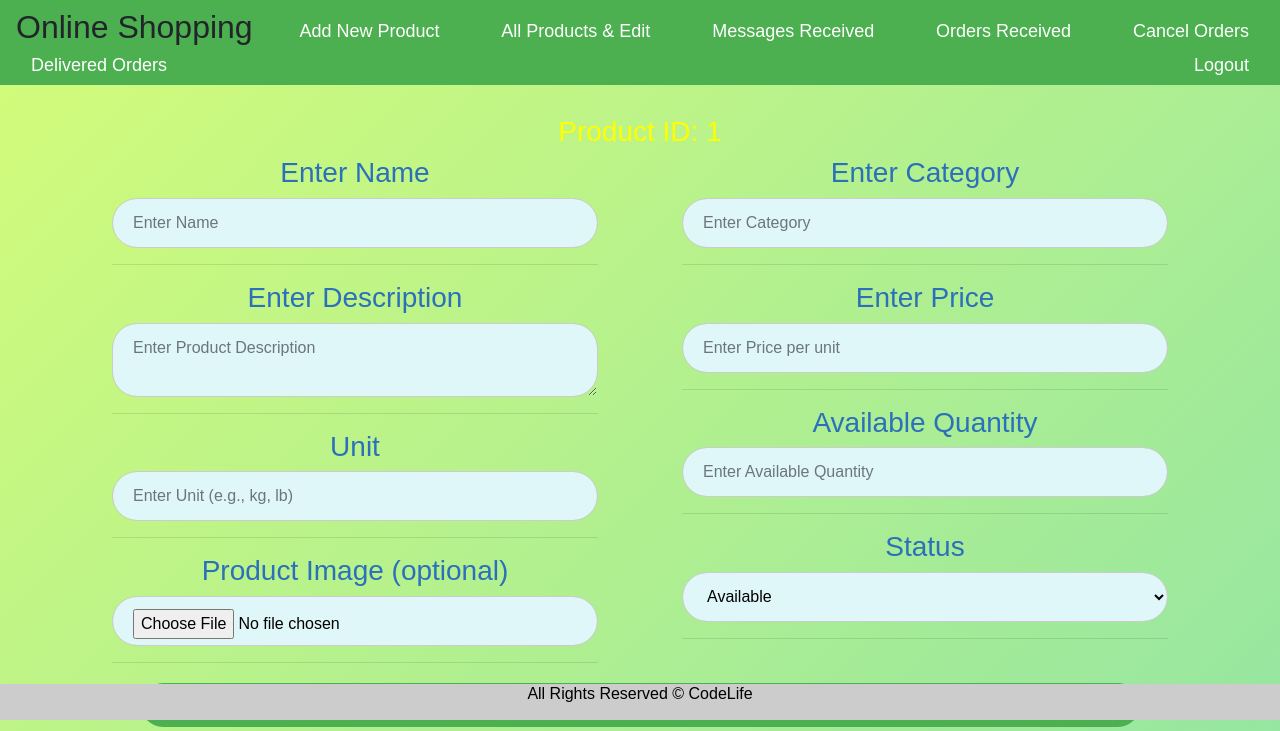
Repository: Dineshbabu290904/DigiMart
Page: http://localhost/DigiMart/admin/addNewProduct.jsp
These files come from the project's save history. The page is drawn as it stood at one moment and after the next save; the edit follows.
The browser window is 1280 px wide. The pictures show the whole page.
Some web libraries are served in a nearby version. The page is served by Tomcat 9. Other server files are loaded and not shown. Queries for data that is not in the repository find no rows.

Above is the page before, as saved 2024-10-16 16:05:03.

### DigiMart/src/main/webapp/admin/addNewProduct.jsp
<%@ page import="com.digimart.project.ConnectionProvider" %>
<%@ page import="java.sql.*" %>
<%@ include file="adminHeader.jsp" %>
<%@ include file="../footer.jsp" %>

<html lang="en">
<head>
    <meta charset="UTF-8">
    <meta name="viewport" content="width=device-width, initial-scale=1.0">
    <link rel="stylesheet" href="https://stackpath.bootstrapcdn.com/bootstrap/4.5.2/css/bootstrap.min.css">
    <link rel="stylesheet" href="../css/addNewProduct-style.css">
    <title>Add New Product</title>
    <style>
        body {
            background: linear-gradient(135deg, #d4fc79 0%, #96e6a1 100%); /* Light green gradient */
        }
        .container {
            margin-top: 30px;
        }
        .alert {
            text-align: center;
        }
        .input-style {
            border-radius: 25px;
            height: 50px;
            background-color: #e0f7fa; /* Light cyan background for inputs */
            border: 1px solid #ccc;
        }
        .button {
            border-radius: 25px;
            background-color: #4caf50; /* Green background */
            color: white;
            padding: 12px 25px;
            border: none;
            transition: background 0.3s;
        }
        .button:hover {
            background-color: #45a049; /* Darker green on hover */
        }
        h3 {
            color: #2c6fbb; /* Cool blue for headings */
        }
    </style>
</head>
<body>

<%
    int id = 1; // Default product ID
    String msg = request.getParameter("msg"); // Get message parameter from the request
    try {
        Connection con = ConnectionProvider.getCon();
        Statement S = con.createStatement();
        ResultSet R = S.executeQuery("SELECT MAX(product_id) FROM Products");
        if (R.next()) {
            id = R.getInt(1) + 1; // Get the next product ID
        }
    } catch (Exception e) {
        e.printStackTrace();
        System.out.println("Error: " + e.getMessage());
    }
%>

<div class="container">
    <% if (msg != null) { %>
        <h3 class="alert" style="color: <%=(msg.equals("done") ? "green" : "red")%>;">
            <% if (msg.equals("done")) { %>
                Product Added Successfully!
            <% } else { %>
                Something went wrong! Try Again!
            <% } %>
        </h3>
    <% } %>

    <h3 style="color: yellow;">Product ID: <% out.println(id); %></h3>

    <form action="AddProductServlet" method="post" enctype="multipart/form-data">
        <input type="hidden" name="id" value="<%= id %>">

        <div class="row">
            <div class="col-md-6">
                <h3>Enter Name</h3>
                <input class="input-style form-control" type="text" name="P_name" placeholder="Enter Name" required maxlength="100">
                <hr>

                <h3>Enter Description</h3>
                <textarea class="input-style form-control" name="description" placeholder="Enter Product Description" required maxlength="500"></textarea>
                <hr>

                <h3>Unit</h3>
                <input class="input-style form-control" type="text" name="unit" placeholder="Enter Unit (e.g., kg, lb)" required maxlength="20">
                <hr>

                <h3>Product Image (optional)</h3>
                <input class="input-style form-control" type="file" name="productImage" accept="image/*">
                <hr>
            </div>

            <div class="col-md-6">
                <h3>Enter Category</h3>
                <input class="input-style form-control" type="text" name="category" placeholder="Enter Category" required maxlength="100">
                <hr>

                <h3>Enter Price</h3>
                <input class="input-style form-control" type="number" step="0.01" name="price" placeholder="Enter Price per unit" required min="0">
                <hr>

                <h3>Available Quantity</h3>
                <input class="input-style form-control" type="number" name="available_qty" placeholder="Enter Available Quantity" required min="0">
                <hr>

                <h3>Status</h3>
                <select name="status" class="input-style form-control">
                    <option value="Available">Available</option>
                    <option value="Out of Stock">Out of Stock</option>
                </select>
                <hr>
            </div>
        </div>

        <button type="submit" class="button">Save <i class='far fa-arrow-alt-circle-right'></i></button>
    </form>
</div>

<!-- Bootstrap JS and dependencies -->
<script src="https://code.jquery.com/jquery-3.5.1.slim.min.js"></script>
<script src="https://cdn.jsdelivr.net/npm/@popperjs/core@2.5.3/dist/umd/popper.min.js"></script>
<script src="https://stackpath.bootstrapcdn.com/bootstrap/4.5.2/js/bootstrap.min.js"></script>

</body>
</html>

### DigiMart/src/main/webapp/admin/adminHeader.jsp
<%@page errorPage="../error.jsp" %>
<!DOCTYPE html>
<html lang="en">
<head>
    <meta charset="UTF-8">
    <meta name="viewport" content="width=device-width, initial-scale=1.0">
    <link rel="stylesheet" href="../css/home-style.css">
    <link rel="stylesheet" href="https://cdnjs.cloudflare.com/ajax/libs/font-awesome/4.7.0/css/font-awesome.min.css">
    <link rel="stylesheet" href="https://stackpath.bootstrapcdn.com/bootstrap/4.5.2/css/bootstrap.min.css">
    <script src='https://kit.fontawesome.com/a076d05399.js'></script>
    <style>
        body {
            background: linear-gradient(135deg, #d4fc79 0%, #96e6a1 100%); /* Light green gradient */
        }
        .navbar {
            background-color: #4caf50; /* Green background for navbar */
            padding: 10px; /* Padding around navbar */
        }
        .navbar a {
            color: white; /* White text for links */
            margin: 0 15px; /* Spacing between links */
            text-decoration: none; /* Remove underline */
            font-size: 18px; /* Larger font size */
        }
        .navbar a:hover {
            text-decoration: underline; /* Underline on hover */
        }
        h1 {
            color: #2c6fbb; /* Cool blue for headings */
            text-shadow: 2px 2px 4px rgba(0, 0, 0, 0.5); /* Subtle shadow for depth */
        }
    </style>
</head>
<body>
    <nav class="navbar">
        <h2>Online Shopping</h2>
        <a href="addNewProduct.jsp">Add New Product</a>
        <a href="allProductEditProduct.jsp">All Products & Edit</a>
        <a href="#">Messages Received</a>
        <a href="#">Orders Received</a>
        <a href="#">Cancel Orders</a>
        <a href="#">Delivered Orders</a>
        <a href="../logout.jsp">Logout</a>
    </nav>
</body>
</html>

### DigiMart/src/main/webapp/footer.jsp
<div class="footer">
    <p>All Rights Reserved &copy; CodeLife</p>
</div>

### DigiMart/src/main/java/com/digimart/project/ConnectionProvider.java
package com.digimart.project;

import java.sql.*;

public class ConnectionProvider {
	public static Connection getCon() {
		try {
			Class.forName("com.mysql.cj.jdbc.Driver");
			Connection con = DriverManager.getConnection("jdbc:mysql://localhost:3306/DB","root","Dinesh@2004");
			return con;
		} catch(Exception e) {
			System.out.print(e);
			return null;
		}
	}
}

### DigiMart/src/main/webapp/css/home-style.css
    body {
  font-family: "Open Sans", sans-serif;
  line-height: 1.25;
  background-color: green;
}
a
{
	text-decoration: none;
}
.sticky {
  position: -webkit-sticky;
  position: sticky;
  top: 0;
}

table {
  border: 1px solid #ccc;
  border-collapse: collapse;
  margin: 0;
  padding: 0;
  width: 100%;
  /*margin-left: 5%;*/
  table-layout: fixed;
}

table caption {
  font-size: 1.5em;
  margin: .5em 0 .75em;
}

table tr {
  background-color: #f8f8f8;
  border: 1px solid #ddd;
  padding: .35em;
}

table th,
table td {
  padding: .625em;
  text-align: center;
}

table th {
  font-size: .85em;
  letter-spacing: .1em;
  text-transform: uppercase;
}

@media screen and (max-width: 600px) {
  table {
    border: 0;
  }

  table caption {
    font-size: 1.3em;
  }

  table thead {
    border: none;
    clip: rect(0 0 0 0);
    height: 1px;
    margin: -1px;
    overflow: hidden;
    padding: 0;
    position: absolute;
    width: 1px;
  }

  table tr {
    border-bottom: 3px solid #ddd;
    display: block;
    margin-bottom: .625em;
  }

  table td {
    border-bottom: 1px solid #ddd;
    display: block;
    font-size: .8em;
    text-align: right;
  }

  table td::before {
    /*
    * aria-label has no advantage, it won't be read inside a table
    content: attr(aria-label);
    */
    content: attr(data-label);
    float: left;
    font-weight: bold;
    text-transform: uppercase;
  }

  table td:last-child {
    border-bottom: 0;
  }
}

/*Header Css*/
* {box-sizing: border-box;}

    body {
      margin: 0;
      font-family: Arial, Helvetica, sans-serif;
    }

    .topnav {
      overflow: hidden;
      background-color: #e9e9e9;
    }

    .topnav a {
      float: left;
      display: block;
      color: black;
      text-align: center;
      padding: 14px 16px;
      text-decoration: none;
      font-size: 17px;
    }

    .topnav a:hover {
      background-color: #ddd;
      color: black;
    }

    .topnav a.active {
      background-color: green;
      color: white;
    }

    .topnav .search-container {
      float: right;
    }

    .topnav input[type=text] {
      padding: 6px;
      margin-top: 8px;
      font-size: 17px;
      border: none;
    }

    .topnav .search-container button {
      float: right;
      padding: 6px 10px;
      margin-top: 8px;
      margin-right: 16px;
      background: #ddd;
      font-size: 17px;
      border: none;
      cursor: pointer;
    }

    .topnav .search-container button:hover {
      background: #ccc;
    }

    @media screen and (max-width: 600px) {
      .topnav .search-container {
        float: none;
      }
      .topnav a, .topnav input[type=text], .topnav .search-container button {
        float: none;
        display: block;
        text-align: left;
        width: 100%;
        margin: 0;
        padding: 14px;
      }
      .topnav input[type=text] {
        border: 1px solid #ccc;
      }

    }
/*footer*/
.footer {
   position: fixed;
   left: 0;
   bottom: 0;
   width: 100%;
   background-color:#ccc;
   color:black;
   text-align: center;
}

.h2222 {
  width: 100%;
  padding: 12px 20px;
  margin: 8px 0;
  box-sizing: border-box;
  border: none;
  background-color: #3CBC8D;
  color: white;
}

### DigiMart/src/main/webapp/css/addNewProduct-style.css
body {
  font-family: "Open Sans", sans-serif;
  line-height: 1.25;
  background-color: green;
}

a
{
	text-decoration: none;
}
.sticky {
  position: -webkit-sticky;
  position: sticky;
  top: 0;
}

table {
  border: 1px solid #ccc;
  border-collapse: collapse;
  margin: 0;
  padding: 0;
  width: 100%;
  /*margin-left: 5%;*/
  table-layout: fixed;
}

table caption {
  font-size: 1.5em;
  margin: .5em 0 .75em;
}

table tr {
  background-color: #f8f8f8;
  border: 1px solid #ddd;
  padding: .35em;
}

table th,
table td {
  padding: .625em;
  text-align: center;
}

table th {
  font-size: .85em;
  letter-spacing: .1em;
  text-transform: uppercase;
}

@media screen and (max-width: 600px) {
  table {
    border: 0;
  }

  table caption {
    font-size: 1.3em;
  }

  table thead {
    border: none;
    clip: rect(0 0 0 0);
    height: 1px;
    margin: -1px;
    overflow: hidden;
    padding: 0;
    position: absolute;
    width: 1px;
  }

  table tr {
    border-bottom: 3px solid #ddd;
    display: block;
    margin-bottom: .625em;
  }

  table td {
    border-bottom: 1px solid #ddd;
    display: block;
    font-size: .8em;
    text-align: right;
  }

  table td::before {
    /*
    * aria-label has no advantage, it won't be read inside a table
    content: attr(aria-label);
    */
    content: attr(data-label);
    float: left;
    font-weight: bold;
    text-transform: uppercase;
  }

  table td:last-child {
    border-bottom: 0;
  }
}

/*Header Css*/
* {box-sizing: border-box;}

    body {
      margin: 0;
      font-family: Arial, Helvetica, sans-serif;
    }


/*footer*/
.footer {
   position: fixed;
   left: 0;
   bottom: 0;
   width: 100%;
   background-color:#ccc;
   color:black;
   text-align: center;
}





.input-style {
  width: 90%;
  padding: 12px 20px;
  margin-left:5%;
  box-sizing: border-box;
  border: none;
  background-color:white;
  color: black;
  font-size: 16px;
}

input[type=text]:focus, textarea:focus,button:focus{
  outline: 4px solid orange;
  background-color:rgb(224, 255, 219);     /* oranges! yey */
}

.button {
  background-color: aqua;
  border: none;
  color: black;
  padding: 12px 20px;
  text-align: center;
  text-decoration: none;
  display: inline-block;
  font-size: 14px;
  margin: 4px 2px;
  transition-duration: 0.4s;
  cursor: pointer;
  margin-left:5%;
  font-size: 16px;
  width: 90%;
   border-radius: 25px;
}

.button:hover {
  background-color: #555555;
  color: white;
}

hr
{
	width: 90%
}
h3
{
	text-align: center;
	color: white;
}
.alert
{
	color:yellow;
}

.profile-style
{
	border-style: dotted;

}

.left-div
{
	width: 50%;
	display:inline-block;
}

.right-div
{
	float:right;
	width: 50%;
	display:inline-block;
}

After the next save:
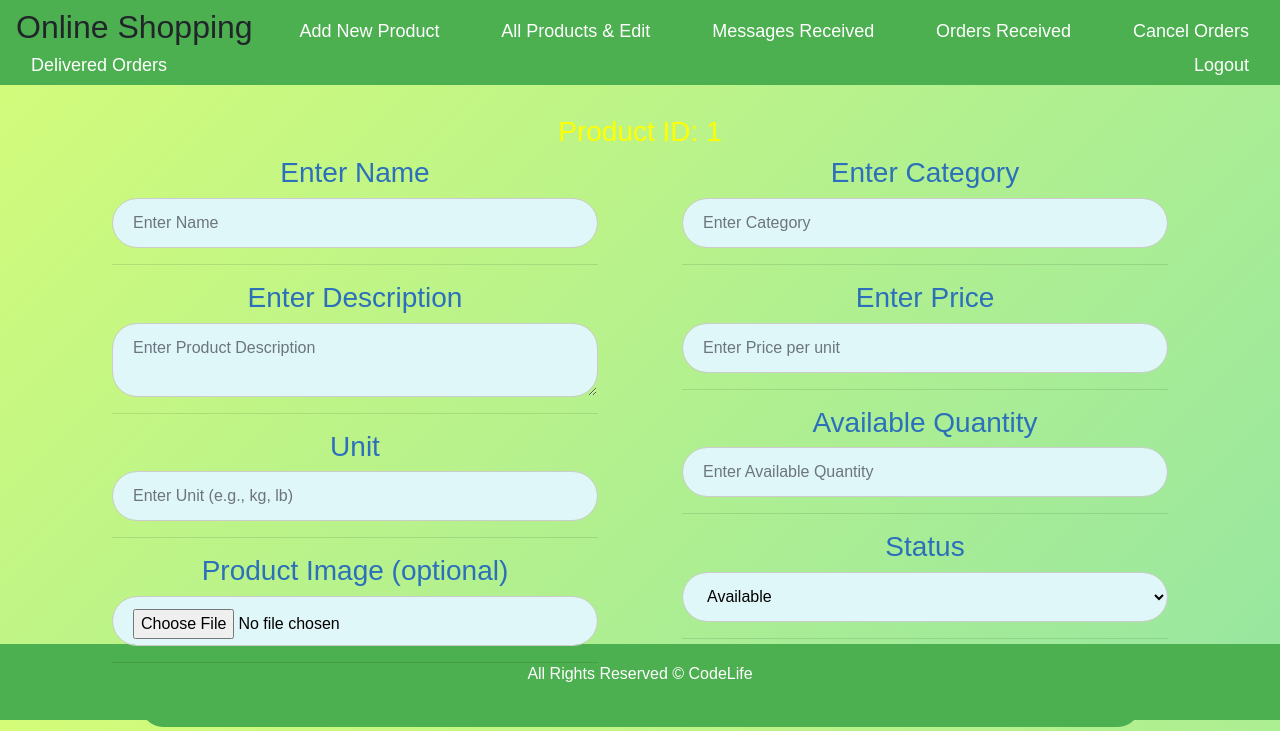
Saved 36 s later.
--- a/DigiMart/src/main/webapp/admin/addNewProduct.jsp
+++ b/DigiMart/src/main/webapp/admin/addNewProduct.jsp
@@ -40,6 +40,22 @@
         h3 {
             color: #2c6fbb; /* Cool blue for headings */
         }
+        body {
+		    display: flex; /* Use flexbox */
+		    flex-direction: column; /* Stack children vertically */
+		    height: 100vh; /* Full viewport height */
+		    margin: 0; /* Remove default margin */
+		}
+
+		.footer {
+		    background-color: #4caf50; /* Same green as navbar */
+		    color: white; /* White text */
+		    text-align: center; /* Center text */
+		    padding: 20px; /* Padding around footer */
+		    margin-top: auto; /* Push footer to the bottom */
+		    width: 100%; /* Full width */
+		}
+
     </style>
 </head>
 <body>
